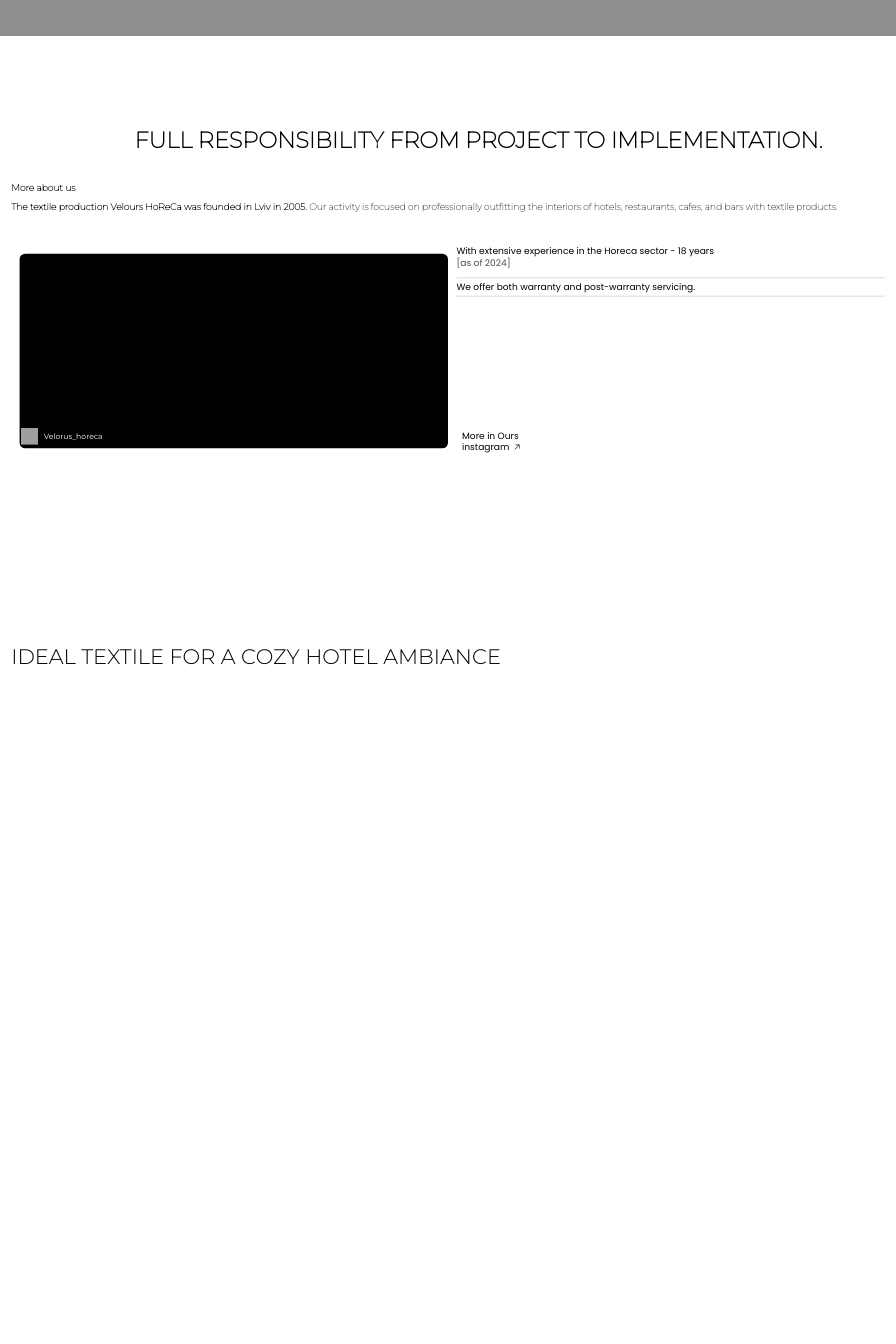
Repository: nikhilsinghrathore1/Shery_02
Page: /
The author's editor kept a copy of each file at every save. The page is drawn from the files as they stood at one save, then again after the next save.
The browser window is 1280 px wide. The pictures show the part of the page from y = 2828 to 4748 px (the page is 5544 px tall), at 70% of full size.
Pictures or frames that could not be fetched are drawn as grey boxes. The project was rebuilt for these pictures with package versions that can differ from the ones it lists, and the page was loaded fresh each time. Also part of the build but not shown: vite.config.js.

Above is the page before, as saved 2024-07-18 03:05:59.

### src/App.jsx
import { useState } from 'react'
import reactLogo from './assets/react.svg'
import viteLogo from '/vite.svg'
import './App.css'
import Landing from './pages/Landing'

function App() {
  const [count, setCount] = useState(0)

  return (
    <>
      <Landing/>
    </>
  )
}

export default App

### src/App.css
@font-face {
  font-family: font1;
  src: url("../public/6624dc4c3f39ffabcd0dc162_Montserrat-VariableFont_wght.ttf");
}
@font-face {
  font-family: font2;
  src: url("../public/CircularXXWeb-Book\ \(1\).ttf");
}
@font-face {
  font-family: font3;
  src: url("../public/JTUQjIg1_i6t8kCHKm459WxRyS7m0dR9pA.ttf");
}
@font-face {
  font-family: font4;
  src: url("../public/JTUSjIg1_i6t8kCHKm459WlhyyTh89Y.ttf");
}
@font-face {
  font-family: font5;
  src: url("../public/pxiEyp8kv8JHgFVrJJfecnFHGPc.ttf");
}

.f1{
  font-family: font1;
}
.f2{
  font-family: font2;
}
.f3{
  font-family: font3;
}
.f4{
  font-family: font4;
}
.f5{
  font-family: font5;
}

### src/pages/Landing.jsx
import React from 'react'
import MoreInsta from '../components/MoreInsta'
import Nav from '../components/Nav'
import SingleHero from '../components/SingleHero'
import VideoCont from '../components/VideoCont'

const Landing = () => {
  return (
    <div className='w-full overflow-hidden'>
               {/* this is the first image gallery part */}
               <div className='w-full h-[400vh] relative '>
               <Nav/>
               <SingleHero img={"https://cdn.prod.website-files.com/6613fb0aff6a7761bf9a817d/66267f01781250e3c4f8ed19_hero-01-p-1080.webp"} text={"hotel"}/>
               <SingleHero img={"https://cdn.prod.website-files.com/6613fb0aff6a7761bf9a817d/66267f00e43626f944ce0076_hero-02-p-1080.webp"} text={"restaurant"}/>
               <SingleHero img={"https://cdn.prod.website-files.com/6613fb0aff6a7761bf9a817d/66267f011d36d94902bbbcd3_hero-03-p-1080.webp"} text={"catering"}/>
               <SingleHero img={"https://cdn.prod.website-files.com/6613fb0aff6a7761bf9a817d/66267f0015a49ebd0cb05e50_hero-04-p-1080.webp"} text={"+automative"}/>
               </div>

               {/* this is the second text wala part  */}

               <div className='w-full  h-[120vh] px-4 pt-32 leading-[42px]'>
                              {/* this is the variable weight text */}
                              <div className='w-full f4 text-[32px] font-semibold text-black uppercase h-fit'>
                                             <p><span className='pl-44'>full</span> responsibility from project to implementation.</p>
                              </div>

                              <div className='f4 text-[13px] font-semibold mt-10 leading-none'>
                                             <p>More about us</p>
                                             <p className='mt-3 leading-[16px] font-semibold'>The textile production Velours HoReCa was founded in Lviv in 2005. <span className='opacity-60'>Our activity is focused on professionally outfitting the interiors of hotels, restaurants, cafes, and bars with textile products.</span></p>
                              </div>

                              <div className='w-full flex h-[50vh] mt-12 '>
                                             <div className='w-1/2 h-full flex justify-end pt-3'>
                                                            <VideoCont/>
                                             </div>
                                             <div className='w-1/2 h-full flex flex-col justify-between pl-3 pb-16 f5 font-light'>

                                                            <div className='w-full leading-[17px]  text-[13px]'>
                                                                           <p>With extensive experience in the Horeca sector - 18 years </p>
                                                                           <p className='opacity-70'>[as of 2024]</p>

                                                                           <div className='border-y-[1px] border-black/20 py-1 mt-3'>
                                                                                          <p>We offer both warranty and post-warranty servicing.</p>
                                                                           </div>
                                                            </div>

                                                            <div className='f4 pl-2'>
                                                                           <MoreInsta/>
                                                            </div>



                                             </div>
                              </div>
               </div>

               <div className='w-full h-[250vh] px-4'>
                              <div className='w-full uppercase text-[30px] f1 font-light '>
                                             <p>ideal textile for a cozy hotel ambiance</p>
                              </div>
               </div>


    </div>
  )
}

export default Landing

### src/components/MoreInsta.jsx
import React from 'react'
import { GoArrowUpRight } from "react-icons/go";

const MoreInsta = () => {
  return (
    <div className=' leading-[16px] text-[13px] text-black f5 font-light'>
               <p>More in Ours</p>
               <p className='flex items-center gap-1'>instagram <span><GoArrowUpRight/></span></p>
    </div>
  )
}

export default MoreInsta

### src/components/Nav.jsx
import React from 'react'

const Nav = () => {
  return (
    <div className='w-full h-[100vh]  fixed text-white flex flex-col justify-between z-40 top-0'>
        <div className=' flex items-center justify-center pt-7'>

               <div className='flex  flex-col items-center justify-center leading-[18px]'>
                              <h1 className='text-[24px] f1'>Velorus</h1>
                              <h2 className='text-[10px] f1 '>HoReCa</h2>
               </div>
        </div>

        {/* this is the menu bar kinda thingy */}
        <div className='w-full h-[10vh]  px-3  '>

          <div className='w-full h-[65%] bg-black rounded-md flex justify-between px-[2px]'>
            <div className='w-[18%] h-full bg-white flex items-center justify-center overflow-hidden rounded-md'>
              <img className='w-[90%] h-[90%] object-cover' src="https://cdn.prod.website-files.com/6613fb0aff6a7761bf9a817d/6624b9bbba2e8daa37ae2e54_download-img-02.webp" alt="not showing" />
            </div>

            <div className='w-[57%] h-full text-[13px] text-white leading-[16px] f2 flex items-center justify-center'>
              <p>Download our Brochour on services in the HoReCa industry</p>
            </div>


            <div className='w-[15%] h-full bg-white flex items-center justify-center overflow-hidden rounded-md'>
              <img className='w-[80%] h-[80%] object-cover' src="https://cdn.prod.website-files.com/6613fb0aff6a7761bf9a817d/6624bdfbd80898e1c3060de1_download-icon.webp" alt="not showing" />
            </div>
          </div>





        </div>

    </div>
  )
}

export default Nav

### src/components/SingleHero.jsx
import React from 'react'

const SingleHero = ({img , text}) => {
  return (
    <div className='w-full h-[100vh] relative'>
               <div className='absolute bg-black/10 flex items-center justify-center w-full h-full top-0'>
                              <h1 className='uppercase text-[44px] f4 font-bold tracking-wider text-white'>{text}</h1>
               </div>
               <img className='w-full h-full object-cover' src={img} alt="not showing" />
    </div>
  )
}

export default SingleHero

### src/components/VideoCont.jsx
import React from 'react'

const VideoCont = () => {
  return (
    <div className='w-[98%] h-[80%] bg-black rounded-lg pt-[3px] px-[2px] '>
               <div className='w-full h-[87%] overflow-hidden rounded-lg'>
                              <video autoPlay muted loop className='w-full h-full object-cover' src="https://s3.amazonaws.com/webflow-prod-assets/6613fb0aff6a7761bf9a817d/663bcfe77765a0f1702b036f_insta-3.mp4"></video>
               </div>
               <div className='w-full text-white text-[11px] f1 h-[13%] pt-1 flex items-center pb-[2px] gap-2'>
                              <img className='w-[24px] h-[24px] object-cover' src="https://cdn.prod.website-files.com/6613fb0aff6a7761bf9a817d/663bcbd3012e5e6821be914c_logo-horeca.png" alt="not showing" />
                              <p>Velorus_horeca</p>
               </div>
    </div>
  )
}

export default VideoCont

Loaded but not shown: index.html (common file); src/main.jsx (common file); src/index.css (common file); tailwind.config.js (common file)

After the next save:
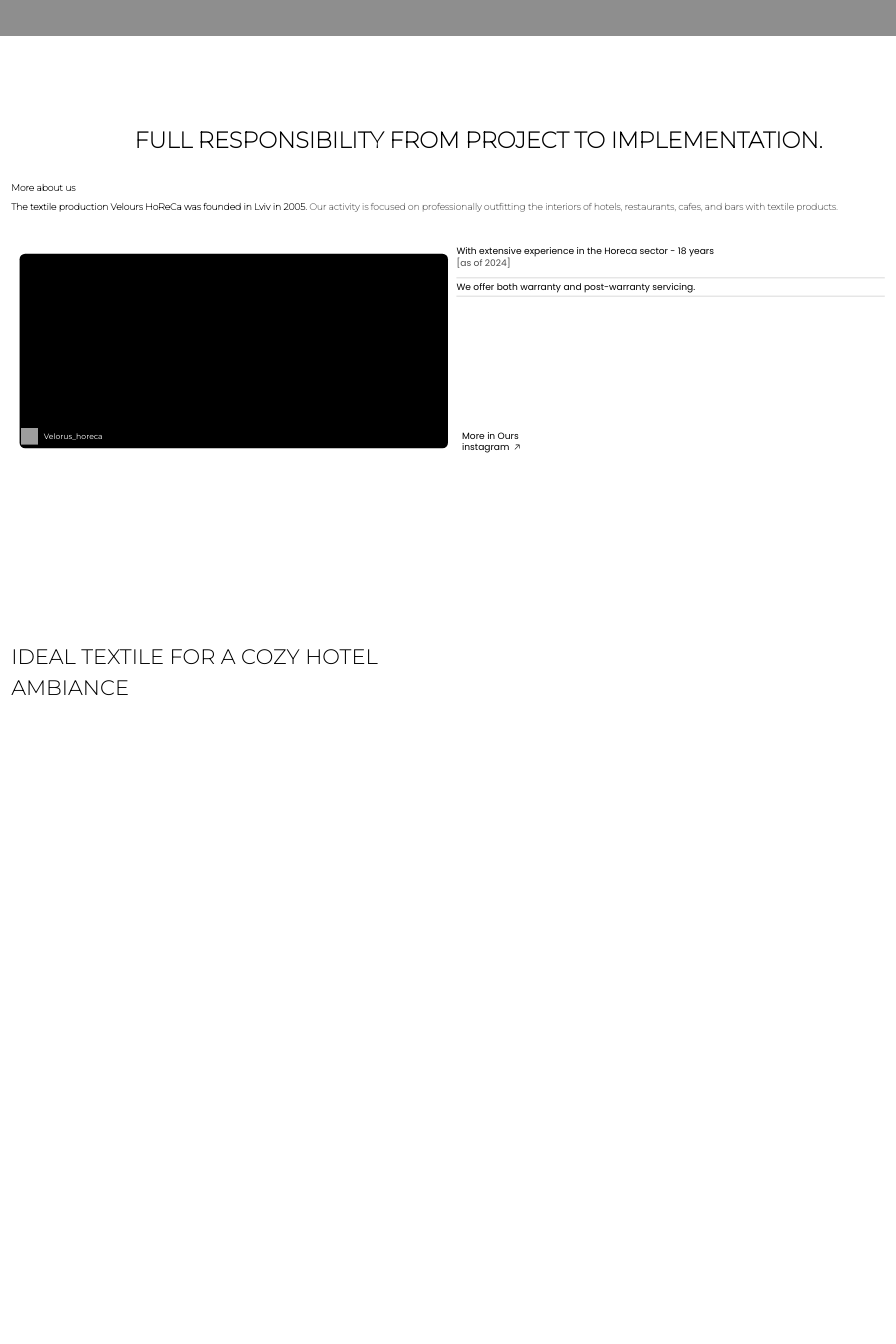
Saved 18 s later.
--- a/src/pages/Landing.jsx
+++ b/src/pages/Landing.jsx
@@ -55,7 +55,7 @@ const Landing = () => {
                </div>
 
                <div className='w-full h-[250vh] px-4'>
-                              <div className='w-full uppercase text-[30px] f1 font-light '>
+                              <div className=' uppercase text-[30px] w-[50%] f1 font-light '>
                                              <p>ideal textile for a cozy hotel ambiance</p>
                               </div>
                </div>
